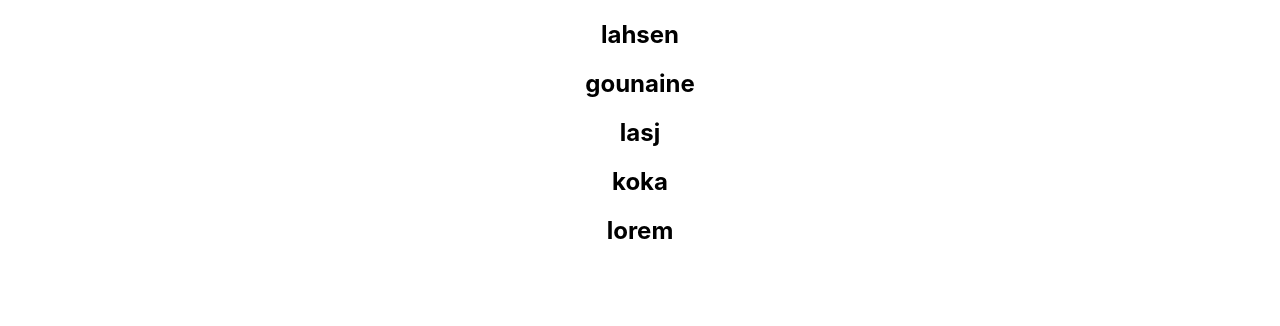
Repository: gounaine/Add_candidat
Page: /
These files come from the project's save history. The page is drawn as it stood at one moment and after the next save; the edit follows.
The browser window is 1280 px wide. The pictures show the whole page.
The project was rebuilt for these pictures with package versions that can differ from the ones it lists, and the page was loaded fresh each time.

Above is the page before, as saved 2024-05-26 19:27:43.

### src/index.js
import React from 'react';
import ReactDOM from 'react-dom/client';
import './index.css';
import App from './App';
import reportWebVitals from './reportWebVitals';


const root = ReactDOM.createRoot(document.getElementById('root'));
root.render(
  <React.StrictMode>
    <App firstName={"lahsen"}/>
    <App firstName={"gounaine"}> lasj </App>
 <App firstName={"koka"} >
      lorem
 </App>
  </React.StrictMode>
);

// If you want to start measuring performance in your app, pass a function
// to log results (for example: reportWebVitals(console.log))
// or send to an analytics endpoint. Learn more: https://bit.ly/CRA-vitals
reportWebVitals();

### src/App.js


import './App.css';

function App(props) {
  console.log(props)
  return (
    <div className="App">
      <h2>{props.firstName}</h2>
      <h2>{props.children}</h2>
    </div>
  );
}

export default App;

Loaded but not shown: public/index.html (common file); src/index.css (common file); src/reportWebVitals.js (common file); src/App.css (common file)

After the next save:
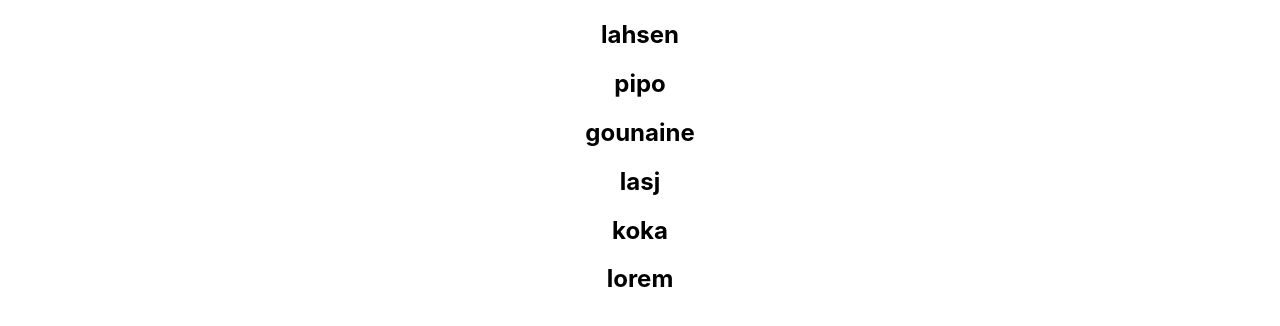
Saved 38 s later.
--- a/src/index.js
+++ b/src/index.js
@@ -8,7 +8,7 @@ import reportWebVitals from './reportWebVitals';
 const root = ReactDOM.createRoot(document.getElementById('root'));
 root.render(
   <React.StrictMode>
-    <App firstName={"lahsen"}/>
+    <App firstName={"lahsen"}>pipo</App>
     <App firstName={"gounaine"}> lasj </App>
  <App firstName={"koka"} >
       lorem
